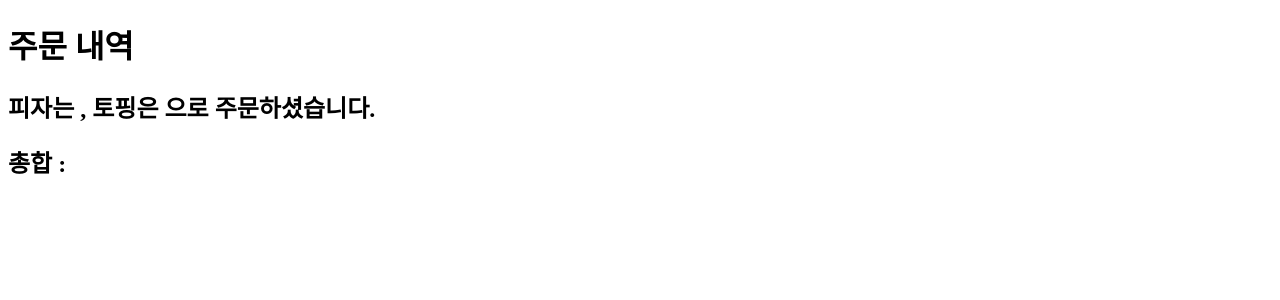
Repository: chuhj1226/servlet
Page: http://localhost/2_JSP/views/05_pizzaPayment.jsp
The author's editor kept a copy of each file at every save. The page is drawn from the files as they stood at one save, then again after the next save.
The browser window is 1280 px wide. The pictures show the whole page.
The page is served by Tomcat 9. Other server files are loaded and not shown.

Above is the page before, as saved 2021-10-05 11:05:20.

### workspace/2_JSP/WebContent/views/05_pizzaPayment.jsp
<%@ page language="java" contentType="text/html; charset=UTF-8"
    pageEncoding="UTF-8"%>
<!DOCTYPE html>
<html>
<head>
<meta charset="UTF-8">
<title>Insert title here</title>
<style>
	#pizza { color : red; }
	#topping { color : green; }
	#total { color : blue; }
</style>
</head>
<body>
	<h1>주문 내역</h1>
	<h2>
		피자는 <span id='pizza'></span>,
		토핑은 <span id='topping'></span>으로
		주문하셨습니다.
	</h2>
	<h2>총합 : <span id='total'></span></h2>

</body>
</html>

After the next save:
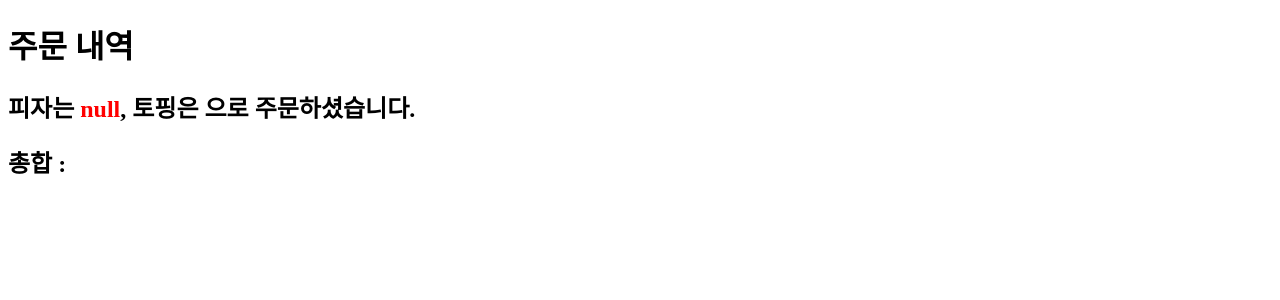
Saved 29 s later.
--- a/workspace/2_JSP/WebContent/views/05_pizzaPayment.jsp
+++ b/workspace/2_JSP/WebContent/views/05_pizzaPayment.jsp
@@ -14,7 +14,7 @@
 <body>
 	<h1>주문 내역</h1>
 	<h2>
-		피자는 <span id='pizza'></span>,
+		피자는 <span id='pizza'><%= request.getParameter("pizza") %></span>,
 		토핑은 <span id='topping'></span>으로
 		주문하셨습니다.
 	</h2>
